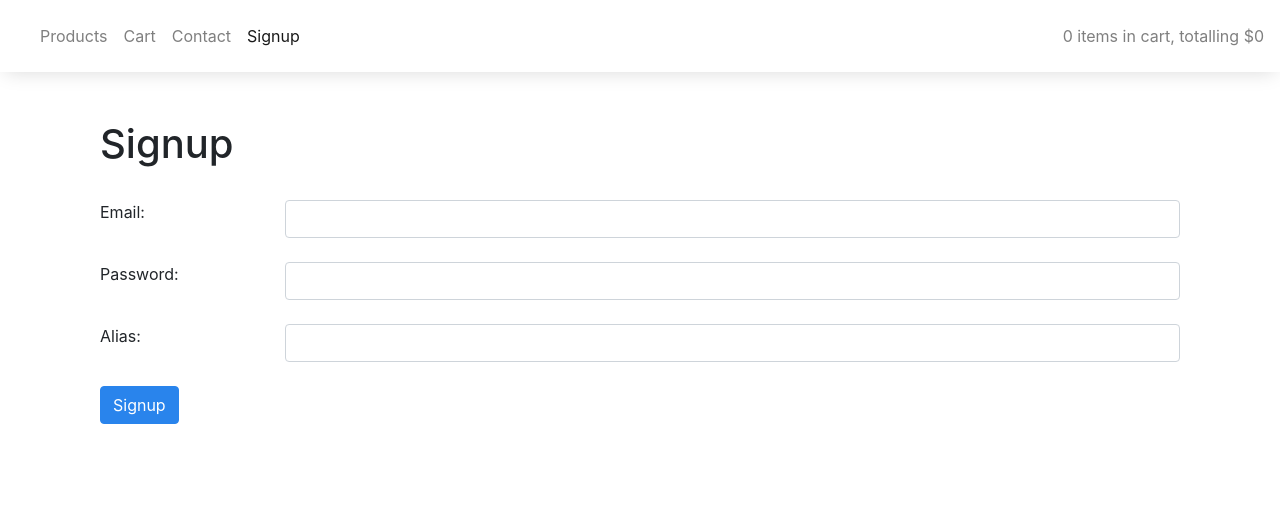
Repository: dayrim/wavecraft
Page: /signup
These files come from the project's save history. The page is drawn as it stood at one moment and after the next save; the edit follows.
The browser window is 1280 px wide. The pictures show the whole page.
The project was rebuilt for these pictures with package versions that can differ from the ones it lists, and the page was loaded fresh each time. Also part of the build but not shown: vue.config.js.

Above is the page before, as saved 2019-04-22 16:05:37.

### public/index.html
<!DOCTYPE html>
<html lang="en">
  <head>
    <meta charset="utf-8">
    <meta http-equiv="X-UA-Compatible" content="IE=edge">
    <meta name="viewport" content="width=device-width,initial-scale=1.0">
    <link rel="icon" href="<%= BASE_URL %>favicon.ico">
    <title>wavecraft-reset</title>
  </head>
  <body>
    <noscript>
      <strong>We're sorry but wavecraft-reset doesn't work properly without JavaScript enabled. Please enable it to continue.</strong>
    </noscript>
    <div id="app"></div>
    <!-- built files will be auto injected -->


  </body>
</html>

### src/main.js
import Vue from "vue";
import App from "./App.vue";
import router from "./router";
import store from "./store";
import BootstrapVue from "bootstrap-vue";

Vue.config.productionTip = false;
Vue.use(BootstrapVue);
Vue.filter("currency", function(value) {
  let formatter = new Intl.NumberFormat("en-US", {
    style: "currency",
    currency: "USD",
    minimumFractionDigits: 0,
  });

  return formatter.format(value);
});

new Vue({
  router,
  store,
  render: h => h(App),
}).$mount("#app");

### src/App.vue
<template>
  <div id="app" :class="{ ready: isPageReady }">
    <b-navbar class="mainNavbar" sticky toggleable="lg" variant="light">
      <b-navbar-brand to="/"></b-navbar-brand>

      <b-navbar-toggle target="nav-collapse"></b-navbar-toggle>

      <b-collapse id="nav-collapse" is-nav>
        <b-navbar-nav>
          <b-nav-item exact active-class="active" to="/">Products</b-nav-item>
          <b-nav-item exact active-class="active" to="/cart">Cart</b-nav-item>
          <b-nav-item exact active-class="active" to="/contact">Contact</b-nav-item>
          <b-nav-item exact active-class="active" to="/signup">Signup</b-nav-item>
        </b-navbar-nav>

        <!-- Right aligned nav items -->
        <b-navbar-nav class="ml-auto">
          <b-nav-text>
            <div class="navbar-text">
              {{ cart.items.length }}
              <span v-if="cart.items.length == 1">item</span><span v-else>items</span> in cart,
              totalling {{ cartTotal | currency }}
            </div></b-nav-text
          >
        </b-navbar-nav>
      </b-collapse>
    </b-navbar>
    <transition name="route" mode="out-in">
      <router-view name="discount"> </router-view>
    </transition>
    <b-container>
      <b-row>
        <b-col>
          <br /><br />
          <transition name="route" mode="out-in">
            <router-view></router-view>
          </transition>
        </b-col>
      </b-row>
    </b-container>
  </div>
</template>

<script>
export default {
  data() {
    return {
      isPageReady: false,
    };
  },
  computed: {
    cart() {
      return this.$store.state.cart;
    },
    cartTotal() {
      return this.$store.getters["cart/cartTotal"];
    },
  },
  mounted: function() {
    this.$nextTick(function() {
      setTimeout(() => {
        this.isPageReady = true;
      }, 0);
    });
  },
};
</script>

<style lang="scss">
.mainNavbar {
  box-shadow: 0px 5px 20px -5px rgba(0, 0, 0, 0.15);
}
.flex {
  display: flex;
}
.flex.flex-column {
  flex-direction: column;
}
.flex.flex-row {
  flex-direction: row;
}
.flex.justify-center {
  justify-content: center;
}
.flex.justify-left {
  justify-content: flex-start;
}
.flex.justify-right {
  justify-content: flex-end;
}
.flex.align-center {
  align-items: center;
}
.flex.align-left {
  align-items: flex-start;
}
.flex.align-right {
  align-items: flex-end;
}
/* Navigation */
.navbar .stats {
  margin-top: 15px;
}
ul {
  list-style: none;
}
.btn {
  margin-right: 20px;
}
input[type="radio"] + label,
input[type="checkbox"] + label {
  font-weight: normal;
}

#app {
  opacity: 0;
  transition: opacity 1s ease;
}

#app.ready {
  opacity: 1;
}

.route-enter-active,
.route-leave-active {
  transition: opacity 0.15s ease;
}

.route-enter,
.route-leave-to {
  opacity: 0;
}
</style>

### src/router/index.js
import Vue from "vue";
import Router from "vue-router";
import routes from "./routes";
Vue.use(Router);

export default new Router({
  mode: "history",
  base: process.env.BASE_URL,
  routes,
});

### src/store/index.js
import Vue from "vue";
import Vuex from "vuex";
import cart from "./modules/cart";

Vue.use(Vuex);

export default new Vuex.Store({
  /**
   * Assign the modules to the store.
   */
  modules: {
    cart,
  },
});

### src/assets/common.scss
@import "node_modules/bootstrap/scss/functions";
@import "node_modules/bootstrap/scss/variables";

$primary-color: #2984ec;
$secondary-color: #601cb9;
$tertiary-color: #222d30;
$default-color: #e9e9e9;
$light-color: #ffffff;
$accent-color: #f0081b;
$warning-color: #f09308;



$red: #dc3545;
$yellow: #ffc107;
$green: #006600; // This is the only variable I wanted to change
$cyan: #17a2b8;

$theme-colors: (
  primary: $primary-color,
  secondary: $tertiary-color,
  success: $secondary-color,
  info: $primary-color,
  warning: $warning-color,
  danger: $accent-color,
  light: $light-color,
  dark: $tertiary-color
);

@import 'node_modules/bootstrap/scss/bootstrap';
@import 'node_modules/bootstrap-vue/src/index.scss';

### src/router/routes.js
const routes = [
  {
    path: "",
    components: {
      default: () => import(/* webpackChunkName: "ProductList" */ "@/components/ProductList.vue"),
      discount: () =>
        import(/* webpackChunkName: "SpecialOffer" */ "@/components/SpecialOffer.vue"),
    },
  },
  {
    path: "/cart",
    component: () => import(/* webpackChunkName: "Cart" */ "@/components/Cart.vue"),
    alias: "/shopping-cart",
  },
  {
    path: "/signup",
    component: () => import(/* webpackChunkName: "Singup" */ "@/components/Signup.vue"),
    alias: "/sign-up",
  },
  {
    path: "/product/:productId",
    props: true,
    name: "Product",
    component: () => import(/* webpackChunkName: "Product" */ "@/components/Product.vue"),
    children: [
      {
        path: "details",
        name: "ViewProduct",
        props: true,
        component: () =>
          import(/* webpackChunkName: "ViewProduct" */ "@/components/ViewProduct.vue"),
      },
      {
        path: "reviews",
        name: "ProductReviews",
        props: true,
        component: () =>
          import(/* webpackChunkName: "ProductReviews" */ "@/components/ProductReviews.vue"),
      },
    ],
  },

  {
    path: "/contact",
    component: () => import(/* webpackChunkName: "Contact" */ "@/components/Contact.vue"),
  },
  {
    path: "/*",
    component: () => import(/* webpackChunkName: "PageNotFound" */ "@/components/PageNotFound.vue"),
  },
];

export default routes;

### src/store/modules/cart/index.js
import actions from "./actions";
import getters from "./getters";
import mutations from "./mutations";
import state from "./state";

export default {
  namespaced: true,
  actions,
  getters,
  mutations,
  state,
};

### src/components/Signup.vue
<template>
  <b-container fluid>
    <h1>Signup</h1>
    <br />
    <b-row>
      <b-col> <label for="email">Email:</label></b-col>
      <b-col cols="10"> <b-form-input id="email" type="text"></b-form-input></b-col>
    </b-row>
    <br />
    <b-row>
      <b-col> <label for="password">Password:</label></b-col>
      <b-col cols="10"> <b-form-input id="password" type="text"></b-form-input></b-col>
    </b-row>
    <br />
    <b-row>
      <b-col> <label for="alias">Alias:</label></b-col>
      <b-col cols="10"> <b-form-input id="alias" type="text"></b-form-input></b-col>
    </b-row>

    <br />
    <b-button variant="primary">Signup</b-button>
  </b-container>
</template>

<script>
export default {
  data() {
    return {};
  },
};
</script>

<style lang="scss"></style>

### src/store/modules/cart/actions.js
import * as Mutate from "./mutation-types";

export const addProductToCart = ({ commit, getters }, payload) => {
  let cartItem = getters.getCartItem(payload.product);
  payload.cartItem = cartItem;

  if (cartItem == null) {
    payload.cartItem = getters.getCartItem(payload.product);
    commit(Mutate.ADD_PRODUCT_TO_CART, payload);
  } else {
    commit(Mutate.INCREASE_PRODUCT_QUANTITY, payload);
  }
};

export const checkout = ({ commit }) => {
  commit(Mutate.CHECKOUT);
};

export default {
  addProductToCart,
  checkout,
};

### src/store/modules/cart/getters.js
export default {
  cartTotal: state => {
    let total = 0;

    state.items.forEach(function(item) {
      total += item.product.price * item.quantity;
    });
    return total;
  },
  getCartItem: state => product => {
    for (let i = 0; i < state.items.length; i++) {
      if (state.items[i].product.id === product.id) {
        return state.items[i];
      }
    }
    return null;
  },
  taxAmount: (state, getters) => percentage => (getters.cartTotal * percentage) / 100,
};

### src/store/modules/cart/mutations.js
import { CHECKOUT, ADD_PRODUCT_TO_CART, INCREASE_PRODUCT_QUANTITY } from "./mutation-types";

export default {
  [CHECKOUT](state) {
    state.items.forEach(function(item) {
      item.product.inStock += item.quantity;
    });

    state.items = [];
  },
  [ADD_PRODUCT_TO_CART]: (state, payload) => {
    state.items.push({
      product: payload.product,
      quantity: payload.quantity,
    });

    payload.product.inStock -= payload.quantity;
  },
  [INCREASE_PRODUCT_QUANTITY]: (state, payload) => {
    payload.cartItem.quantity += payload.quantity;
    payload.product.inStock -= payload.quantity;
  },
};

### src/store/modules/cart/state.js
export default {
  items: [],
};

### src/store/modules/cart/mutation-types.js
export const ADD_PRODUCT_TO_CART = "addProductToCart";
export const CHECKOUT = "checkout";
export const INCREASE_PRODUCT_QUANTITY = "increaseQuantity";

export default {
  ADD_PRODUCT_TO_CART,
  CHECKOUT,
  INCREASE_PRODUCT_QUANTITY,
};

After the next save:
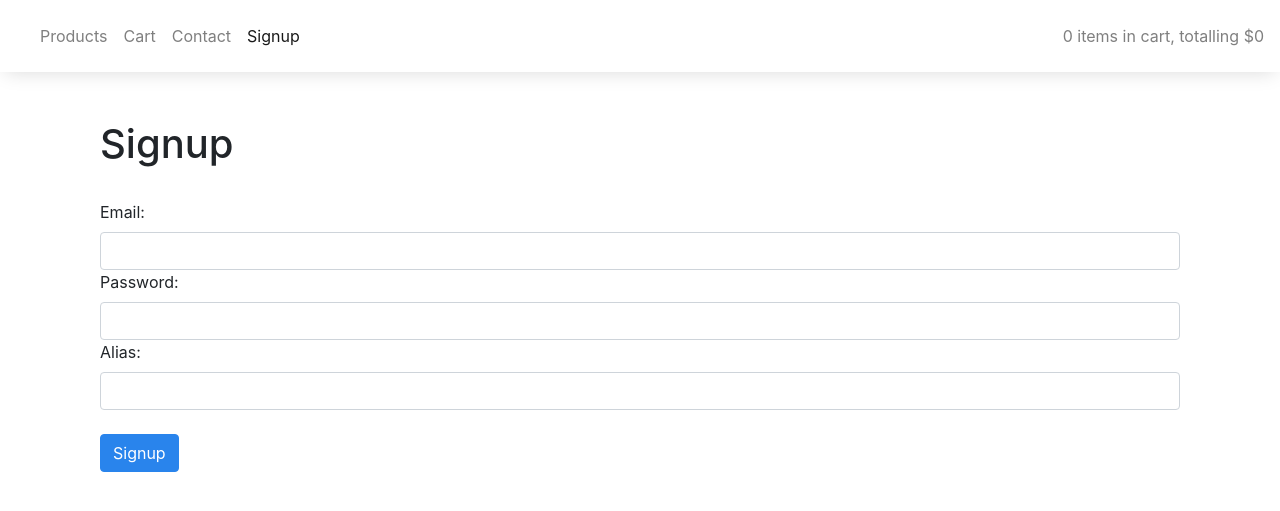
Saved 40 s later.
--- a/src/components/Signup.vue
+++ b/src/components/Signup.vue
@@ -2,21 +2,13 @@
   <b-container fluid>
     <h1>Signup</h1>
     <br />
-    <b-row>
-      <b-col> <label for="email">Email:</label></b-col>
-      <b-col cols="10"> <b-form-input id="email" type="text"></b-form-input></b-col>
-    </b-row>
-    <br />
-    <b-row>
-      <b-col> <label for="password">Password:</label></b-col>
-      <b-col cols="10"> <b-form-input id="password" type="text"></b-form-input></b-col>
-    </b-row>
-    <br />
-    <b-row>
-      <b-col> <label for="alias">Alias:</label></b-col>
-      <b-col cols="10"> <b-form-input id="alias" type="text"></b-form-input></b-col>
-    </b-row>
 
+    <label for="email">Email:</label>
+    <b-form-input id="email" type="text"></b-form-input>
+    <label for="password">Password:</label>
+    <b-form-input id="password" type="text"></b-form-input>
+    <label for="alias">Alias:</label>
+    <b-form-input id="alias" type="text"></b-form-input>
     <br />
     <b-button variant="primary">Signup</b-button>
   </b-container>
